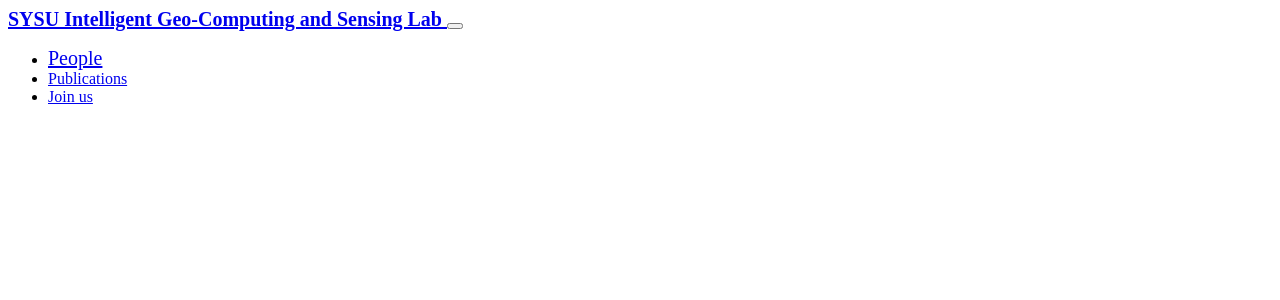
Repository: rssysu/rssysu.github.io
Page: header.html
An editor plug-in stored every save of this project. The page is shown before and after a run of saves, followed by the edit.
The browser window is 1280 px wide. The pictures show the whole page.

Above is the page before, as saved 2025-03-24 11:01:26.

After the next 2 saves:
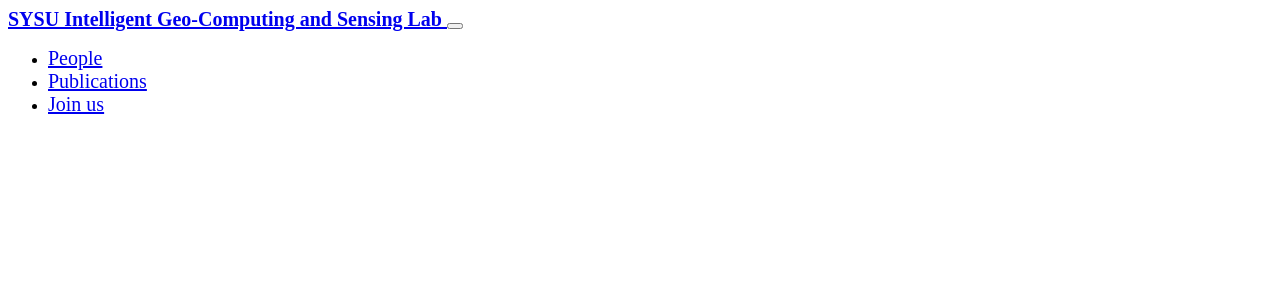
The 2 saves are shown as one change because they came seconds apart.
The last was saved 10 s later.
--- a/header.html
+++ b/header.html
@@ -21,7 +21,7 @@
                     </li>
 
                     <li class="nav-item">
-                        <a class="nav-link" href="pub.html">
+                        <a class="nav-link" href="pub.html" style="font-size: 20px">
                             Publications
                         </a>
                     </li>
@@ -33,7 +33,7 @@
                     </li> -->
 
                     <li class="nav-item">
-                        <a class="nav-link" href="joinus.html">
+                        <a class="nav-link" href="joinus.html" style="font-size: 20px">
                             Join us
                         </a>
                     </li>
